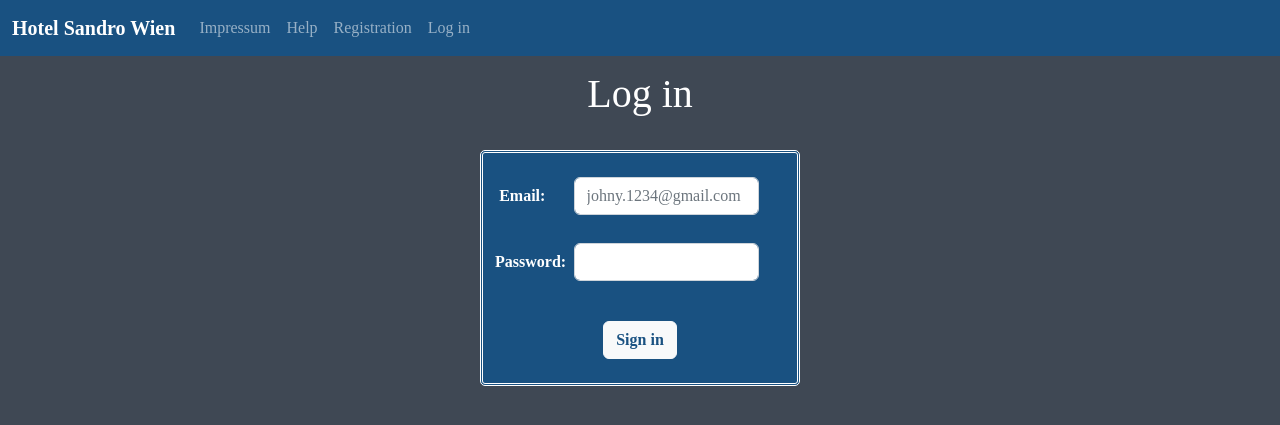
Repository: TIS0N/Hotel_Sandro
Page: http://localhost/pages/login.php
The author's editor kept a copy of each file at every save. The page is drawn from the files as they stood at one save, then again after the next save.
The browser window is 1280 px wide. The pictures show the whole page.
The page is run by PHP 8.4 with error messages shown; the project is at /var/www/html/.

Above is the page before, as saved 2022-10-10 22:51:33.

### pages/login.php
<!DOCTYPE html>
<html lang="en">
<head>
    <meta charset="UTF-8">
    <meta http-equiv="X-UA-Compatible" content="IE=edge">
    <meta name="viewport" content="width=device-width, initial-scale=1.0">
    <link href="https://cdn.jsdelivr.net/npm/bootstrap@5.2.2/dist/css/bootstrap.min.css" rel="stylesheet" integrity="sha384-Zenh87qX5JnK2Jl0vWa8Ck2rdkQ2Bzep5IDxbcnCeuOxjzrPF/et3URy9Bv1WTRi" crossorigin="anonymous">
    <script src="https://cdn.jsdelivr.net/npm/bootstrap@5.2.2/dist/js/bootstrap.bundle.min.js" integrity="sha384-OERcA2EqjJCMA+/3y+gxIOqMEjwtxJY7qPCqsdltbNJuaOe923+mo//f6V8Qbsw3" crossorigin="anonymous"></script>
    <link rel="stylesheet" href="../res/css/stylesheet.css">
    <title>Hotel Sandro Wien - Log In</title>
</head>
<body id="body">

<?php
include "../inc/navigation.php";
?>

    <h1>Log in</h1><br>

    <div id="formular" class="container text-center col-3">
        <div class="row justify-content-center">
            <div class="col-12">
                <form action="">
                <br><div class="row mb-1">
                        <label for="fname" class="col-sm-3 col-form-label"><strong>Email:</strong></label><br>
                        <div class="col-sm-8">
                            <input type="email" class="form-control" id="email" placeholder="johny.1234@gmail.com"><br>
                        </div>
                    </div>
                    <div class="row mb-3">
                        <label for="lname" class="col-sm-3 col-form-label"><strong>Password:</strong></label><br>
                        <div class="col-sm-8">
                            <input type="password" class="form-control" id="password"><br>
                        </div>
                    </div>
                    <button type="submit" class="btn btn-light" style="color: #195181;"><strong>Sign in</strong></button><br><br>
                </form>
            </div>
        </div>
    </div>

</body>
</html>

### inc/navigation.php
<?php
    if(file_exists("./index.php")){
        $includePath = ".";
    }
    else{
        $includePath = "..";
    }
?>

<div id="navBar">
        <nav class="navbar fixed-top navbar-expand-lg navbar-dark" style="background-color: #195181;">
            <div class="container-fluid">
                <a class="navbar-brand" href= <?php echo "$includePath/index.php"?> style="color: rgb(255, 255, 255);"><strong>Hotel Sandro Wien</strong></a>
                <button class="navbar-toggler" type="button" data-bs-toggle="collapse" data-bs-target="#navbarNav" aria-controls="navbarNav" aria-expanded="false" aria-label="Toggle navigation">
                    <span class="navbar-toggler-icon"></span>
                </button>
                <div class="collapse navbar-collapse" id="navbarNav">
                    <ul class="navbar-nav">
                        <li class="nav-item">
                            <a class="nav-link"href= <?php echo "$includePath/pages/impressum.php"?> class="navbar-brand">Impressum</a>
                        </li>
                        <li class="nav-item">
                            <a class="nav-link" href=<?php echo "$includePath/pages/help.php"?> class="navbar-brand">Help</a>
                        </li>
                        <li class="nav-item">
                            <a class="nav-link" href=<?php echo "$includePath/pages/registration.php"?> class="navbar-brand">Registration</a>
                        </li>
                        <li class="nav-item">
                            <a class="nav-link" href=<?php echo "$includePath/pages/login.php"?> class="navbar-brand">Log in</a>
                        </li>

                    </ul>
                </div>
            </div>
        </nav>
    </div>

### res/css/stylesheet.css
#body{
    background-color: rgb(63, 72, 84);
    color: rgb(255, 255, 255);
    padding-top: 70px;
    text-align: center;
    font-family: cursive;
}

#hotelSandroPhoto{
    width: 600px;
    height: 450px;
}

#formular{
    background-color: #195181;
    border-radius: 5px;
    border-color: rgb(255, 255, 255);
    border-style: double;
}

After the next save:
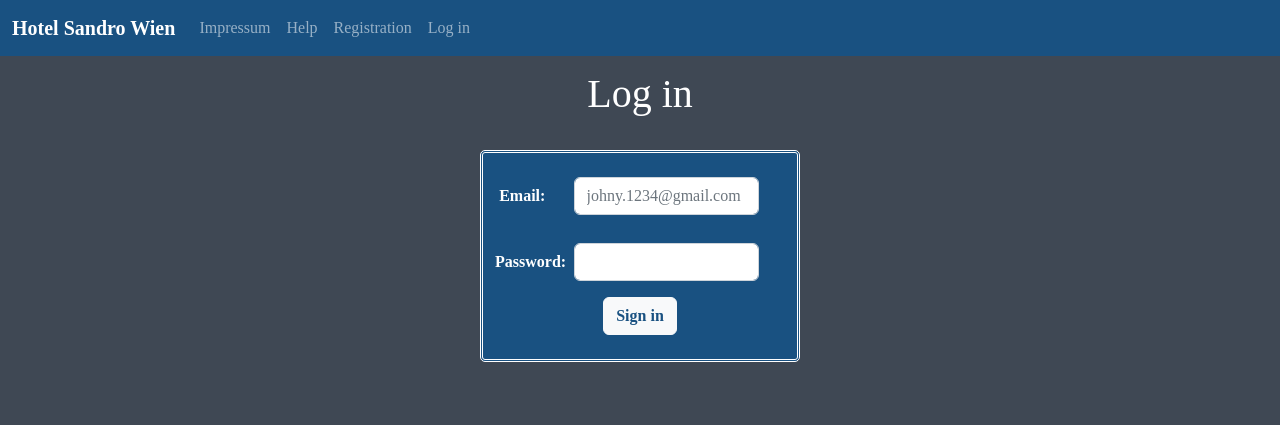
Saved 12 s later.
--- a/pages/login.php
+++ b/pages/login.php
@@ -30,7 +30,7 @@
                     <div class="row mb-3">
                         <label for="lname" class="col-sm-3 col-form-label"><strong>Password:</strong></label><br>
                         <div class="col-sm-8">
-                            <input type="password" class="form-control" id="password"><br>
+                            <input type="password" class="form-control" id="password">
                         </div>
                     </div>
                     <button type="submit" class="btn btn-light" style="color: #195181;"><strong>Sign in</strong></button><br><br>

After the save that followed:
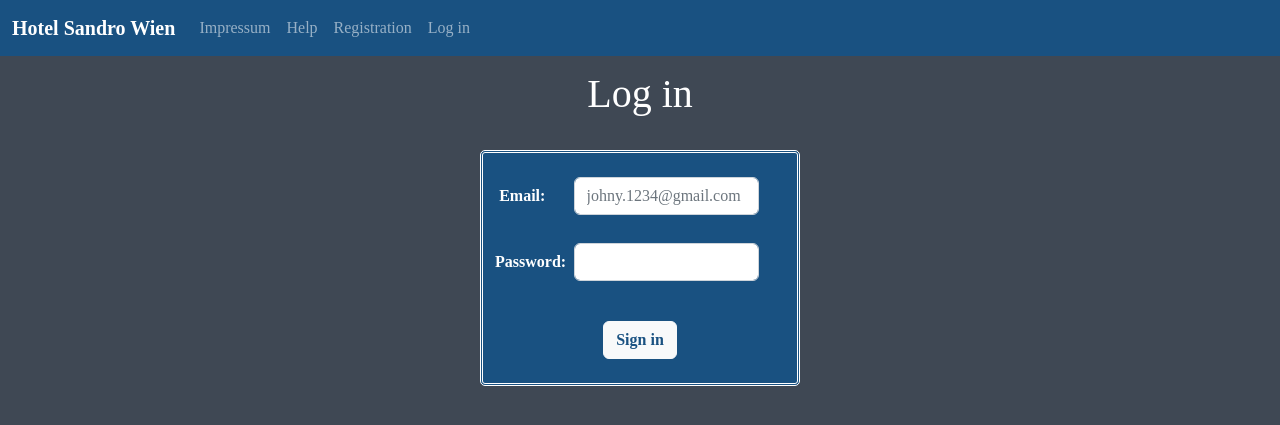
Saved 16 s later.
--- a/pages/login.php
+++ b/pages/login.php
@@ -30,7 +30,7 @@
                     <div class="row mb-3">
                         <label for="lname" class="col-sm-3 col-form-label"><strong>Password:</strong></label><br>
                         <div class="col-sm-8">
-                            <input type="password" class="form-control" id="password">
+                            <input type="password" class="form-control" id="password"><br>
                         </div>
                     </div>
                     <button type="submit" class="btn btn-light" style="color: #195181;"><strong>Sign in</strong></button><br><br>
